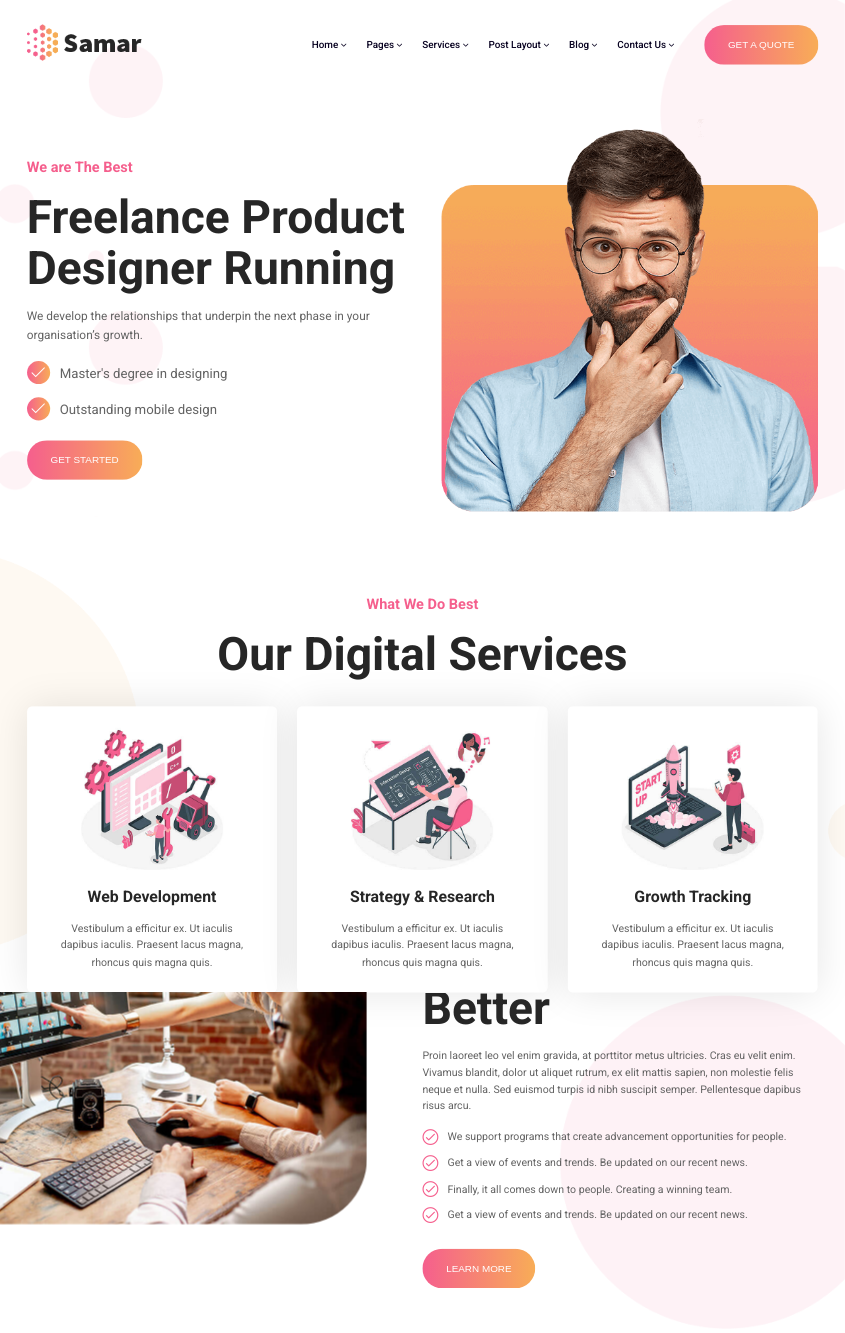
Repository: ducdatit2002/samar
Page: index.html
The author's editor kept a copy of each file at every save. The page is drawn from the files as they stood at one save, then again after a run of saves.
The browser window is 1280 px wide. The pictures show the whole page, at 66% of full size.

Above is the page before, as saved 2023-07-27 09:23:19.

### index.html
<!DOCTYPE html>
<html lang="en">
  <head>
    <meta charset="UTF-8" />
    <meta name="viewport" content="width=device-width, initial-scale=1.0" />
    <title>Samar - HTML Template</title>

    <!-- FONT AWESOME -->
    <link
      rel="stylesheet"
      href="https://cdnjs.cloudflare.com/ajax/libs/font-awesome/6.4.0/css/all.min.css"
      integrity="sha512-iecdLmaskl7CVkqkXNQ/ZH/XLlvWZOJyj7Yy7tcenmpD1ypASozpmT/E0iPtmFIB46ZmdtAc9eNBvH0H/ZpiBw=="
      crossorigin="anonymous"
      referrerpolicy="no-referrer"
    />
    <!-- LINE AWESOME -->
    <link
      rel="stylesheet"
      href="https://maxst.icons8.com/vue-static/landings/line-awesome/line-awesome/1.3.0/css/line-awesome.min.css"
    />
    <!-- GOOGLE FONT -->
    <link rel="preconnect" href="https://fonts.googleapis.com" />
    <link rel="preconnect" href="https://fonts.gstatic.com" crossorigin />
    <link
      href="https://fonts.googleapis.com/css2?family=Hind:wght@300;400;700&family=Roboto:wght@300;400;500;700&display=swap"
      rel="stylesheet"
    />
    <!-- FLATICON -->
    <link rel="stylesheet" href="./css/flaticon/flaticon.css" />
    <!-- ANIMATE -->
    <link
      rel="stylesheet"
      href="https://cdnjs.cloudflare.com/ajax/libs/animate.css/4.1.1/animate.min.css"
    />
    <!-- ANIMATE WOW-->
    <link rel="stylesheet" href="./css/animate.css" />
    <!-- MAIN CSS -->
    <link rel="stylesheet" href="./index.css" />
  </head>
  <body>
    <!-- HEADER -->
    <header>
      <div class="container">
        <div class="header__content">
          <a href="#">
            <img src="./img/logo-2.png" alt="logo-2" />
          </a>
          <nav>
            <ul>
              <li>
                <a href="#">
                  <span>Home</span>
                  <i class="fa fa-chevron-down"></i>
                </a>
              </li>
              <li>
                <a href="#">
                  <span>Pages</span>
                  <i class="fa fa-chevron-down"></i>
                </a>
              </li>
              <li>
                <a href="#">
                  <span>Services</span>
                  <i class="fa fa-chevron-down"></i>
                </a>
              </li>
              <li>
                <a href="#">
                  <span>Post Layout</span>
                  <i class="fa fa-chevron-down"></i>
                </a>
              </li>
              <li>
                <a href="#">
                  <span>Blog</span>
                  <i class="fa fa-chevron-down"></i>
                </a>
              </li>
              <li>
                <a href="#">
                  <span>Contact Us</span>
                  <i class="fa fa-chevron-down"></i>
                </a>
              </li>
            </ul>
            <div class="header__button">
              <button class="btn-gradient">Get A Quote</button>
            </div>
          </nav>
        </div>
      </div>
    </header>
    <!-- CAROUSEL -->
    <section class="saCarousel">
      <div class="container">
        <div class="saCarousel__content">
          <div class="saCarousel__left">
            <div class="title">
              <p class="animate__animated animate__fadeInUp">We are The Best</p>
              <h2 class="animate__animated animate__fadeInUp animate__delay-1s">
                Freelance Product Designer Running
              </h2>
            </div>
            <div class="saCarousel__article">
              <p class="animate__animated animate__fadeInUp animate__delay-2s">
                We develop the relationships that underpin the next phase in
                your
                <br />organisation’s growth.
              </p>
              <ul class="animate__animated animate__fadeInUp animate__delay-3s">
                <li>
                  <i class="las la-check"></i>
                  Master's degree in designing
                </li>
                <li>
                  <i class="las la-check"></i>
                  Outstanding mobile design
                </li>
              </ul>
              <button
                class="btn-gradient animate__animated animate__fadeInUp animate__delay-4s"
              >
                GET STARTED
              </button>
            </div>
          </div>
          <div class="saCarousel__right">
            <div
              class="saCarousel__banner animate__animated animate__fadeInUp animate__delay-3s"
            >
              <img src="./img/pic3_1.png" alt="pic3_1" />
            </div>
          </div>
        </div>
      </div>
    </section>
    <!-- SERVICES -->
    <div class="services section-inner">
      <div class="container">
        <div class="title">
          <p>What We Do Best</p>
          <h2>Our Digital Services</h2>
        </div>
        <div class="services__content">
          <div class="services__item">
            <img src="./img/pic1_3.jpg" alt="pic1_3" />
            <h3>Web Development</h3>
            <p>
              Vestibulum a efficitur ex. Ut iaculis dapibus iaculis. Praesent
              lacus magna, rhoncus quis magna quis.
            </p>
          </div>
          <div class="services__item">
            <img src="./img/pic2_2.jpg" alt="pic2_2" />
            <h3>Strategy & Research</h3>
            <p>
              Vestibulum a efficitur ex. Ut iaculis dapibus iaculis. Praesent
              lacus magna, rhoncus quis magna quis.
            </p>
          </div>
          <div class="services__item">
            <img src="./img/pic3_2.jpg" alt="pic3_2" />
            <h3>Growth Tracking</h3>
            <p>
              Vestibulum a efficitur ex. Ut iaculis dapibus iaculis. Praesent
              lacus magna, rhoncus quis magna quis.
            </p>
          </div>
        </div>
      </div>
    </div>
    <!-- ABOUT US -->
    <section class="aboutUs section-inner">
      <div class="container">
        <div class="aboutUs__content">
          <div
            class="aboutUs__left wow animate__ animate__fadeInLeft animated"
            data-wow-duration="2s"
            data-wow-delay="0.2s"
            style="
              visibility: visible;
              animation-duration: 2s;
              animation-delay: 0.2s;
              animation-name: fadeInLeft;
            "
          >
            <img src="./img/pic1.jpg" alt="pic1" />
          </div>
          <div
            class="aboutUs__right wow animate__ animate__fadeInRight animated"
            data-wow-duration="2s"
            data-wow-delay="0.2s"
            style="
              visibility: visible;
              animation-duration: 2s;
              animation-delay: 0.2s;
              animation-name: fadeInRight;
            "
          >
            <div class="title">
              <p>About Us</p>
              <h2>Build Your Business Website Better</h2>
            </div>
            <p>
              Proin laoreet leo vel enim gravida, at porttitor metus ultricies.
              Cras eu velit enim. Vivamus blandit, dolor ut aliquet rutrum, ex
              elit mattis sapien, non molestie felis neque et nulla. Sed euismod
              turpis id nibh suscipit semper. Pellentesque dapibus risus arcu.
            </p>
            <ul>
              <li>
                <i class="flaticon-check"></i>
                We support programs that create advancement opportunities for
                people.
              </li>
              <li>
                <i class="flaticon-check"></i>
                Get a view of events and trends. Be updated on our recent news.
              </li>
              <li>
                <i class="flaticon-check"></i>
                Finally, it all comes down to people. Creating a winning team.
              </li>
              <li>
                <i class="flaticon-check"></i>
                Get a view of events and trends. Be updated on our recent news.
              </li>
            </ul>
            <button class="btn-gradient">Learn More</button>
          </div>
        </div>
      </div>
    </section>
    <!-- ANIMATE WOW -->
    <script src="./js/wow.min.js"></script>
    <script>
      new WOW().init();
    </script>
    <!-- JQUERY -->
    <script
      src="https://cdnjs.cloudflare.com/ajax/libs/jquery/3.7.0/jquery.js"
      integrity="sha512-8Z5++K1rB3U+USaLKG6oO8uWWBhdYsM3hmdirnOEWp8h2B1aOikj5zBzlXs8QOrvY9OxEnD2QDkbSKKpfqcIWw=="
      crossorigin="anonymous"
      referrerpolicy="no-referrer"
    ></script>
  </body>
</html>

### index.css
/* GLOBAL */
* {
  margin: 0;
  padding: 0;
  box-sizing: border-box;
}
html,
body {
  font-family: "Hind", sans-serif;
  font-family: "Roboto", sans-serif;
  color: #636363;
  font-weight: 400;
  line-height: 1.6;
}
a {
  text-decoration: none;
}
.container {
  max-width: 1199px;
  margin: auto;
}
li {
  list-style: none;
}
.section-inner {
    padding-top: 115px;
}
/* TITLE */
.title p {
    font-weight: 600;
    font-size: 22px;
    margin-bottom: 20px;
    color: #f55f8d;
}
.title h2 {
    font-size: 70px;
    line-height: 1.1;
    font-weight: 800;
    color: #262626;
    margin-bottom: 20px;
}
/* HEADER */
header {
  position: absolute;
  top: 0;
  left: 0;
  width: 100%;
}
.header__content {
  display: flex;
  justify-content: space-between;
  align-items: center;
}
.header__content nav {
  display: flex;
  align-items: center;
}
.header__content nav ul {
  display: flex;
  margin-right: 30px;
}
.header__content li {
  padding: 55px 15px;
  list-style: none;
}
.header__content li a {
  color: #070120;
  text-transform: capitalize;
  font-size: 15px;
  font-weight: 500;
  transition: all 0.5s;
}
.header__content span {
  display: inline-block;
  transition: all 0.1s;
}
.header__content a:hover {
  color: #f55f8d;
}
.header__content a:hover span {
  animation: upToDown 0.3s;
}
.header__content i {
  font-size: 9px;
  margin-top: -3px;
  vertical-align: middle;
}
.btn-gradient {
  padding: 20px 35px;
  font-size: 15px;
  font-weight: 500;
  background-image: linear-gradient(
    to right,
    #f55f8d 0,
    #f8ae56 51%,
    #f55f8d 100%
  );
  background-size: 200%;
  border: 1px solid transparent;
  transition: all 0.5s;
  border-radius: 30px;
  color: #fff;
  cursor: pointer;
  outline: none;
  text-transform: uppercase;
  line-height: 1.2;
}
.btn-gradient:hover {
  background-position: right center;
  color: #fff;
  text-decoration: none;
}
/* CAROUSEL */
.saCarousel {
    padding-top: 180px;
    overflow: hidden;
    background-image: url(./img/pic2.png);
    background-position: top;
    background-size: 100%;
}
.saCarousel__content {
    display: flex;
    align-items: center;
}
.saCarousel__left {
    width: 60%;
}
.saCarousel__article p {
    font-size: 18px;
    margin-bottom: 15px;
}
.saCarousel__article ul {
    margin-bottom: 20px;
}
.saCarousel__article li {
    padding: 10px 5px 10px 0;
    font-size: 20px;
}
.saCarousel__article i {
    width: 35px;
    height: 35px;
    line-height: 35px;
    text-align: center;
    font-size: 24px;
    color: #fff;
    border-radius: 35px;
    font-weight: 900;
    background-image: linear-gradient(to right, #f55f8d 0, #f8ae56 51%, #f55f8d 100%);
    background-size: 200%;
    margin-right: 10px;
}
/* SERVICES */
.services {
    background-image: url(./img/bg2.png);
    background-size: cover;
    background-position: top center;
    text-align: center;
}
.services__content {
    display: grid;
    grid-template-columns: repeat(3, 1fr);
    gap: 30px;
    margin-top: 40px;
}
.services__item {
    border-radius: 0.5rem;
    background: #fff;
    box-shadow: 0 0 60px 0 rgba(0, 0, 0, 0.1);
    padding: 30px 45px;
    transform: translateY(0);
    transition: all 0.5s;
    border-image: 100 round;
    border: 3px solid transparent;
}
.services__item img {
    width: 215px;
}
.services__item h3 {
    font-weight: 700;
    font-size: 1.5rem;
    color: #262626;
    margin: 15px 0;
}
.services__item:hover {
    transform: translateY(-20px);
    border-image: url(../img/br.png) 1 round;
}
/* ABOUT US */
.aboutUs {
    background-image: url(../img/bg15.png);
    background-size: 100%;
    background-position: center right;
    background-repeat: no-repeat;
    padding-bottom: 400px;
    overflow: hidden;
}
.aboutUs__content {
    display: flex;
    justify-content: flex-end;
    align-items: center;
    position: relative;
}
.aboutUs__left {
    width: 60%;
    position: absolute;
    left: -17%;
}
.aboutUs__left img {
    width: 100%;
    border-radius: 0 100px 100px 0;
}
.aboutUs__right {
  position: absolute;
    width: 50%;
}
.aboutUs__right p {
    margin-bottom: 15px;
}
.aboutUs__right ul {
    margin-bottom: 30px;
}
.aboutUs__right i {
    font-size: 24px;
    color: #f55f8d;
    margin-right: 10px;
    vertical-align: middle;
}


/*Animation */
@keyframes upToDown {
  49% {
    transform: translateY(100%);
  }
  50% {
    opacity: 0;
    transform: translateY(-100%);
  }
  51% {
    opacity: 1;
  }
}

Loaded but not shown: css/flaticon/flaticon.css (common file); css/animate.css (library); js/wow.min.js (library)

After the next 2 saves:
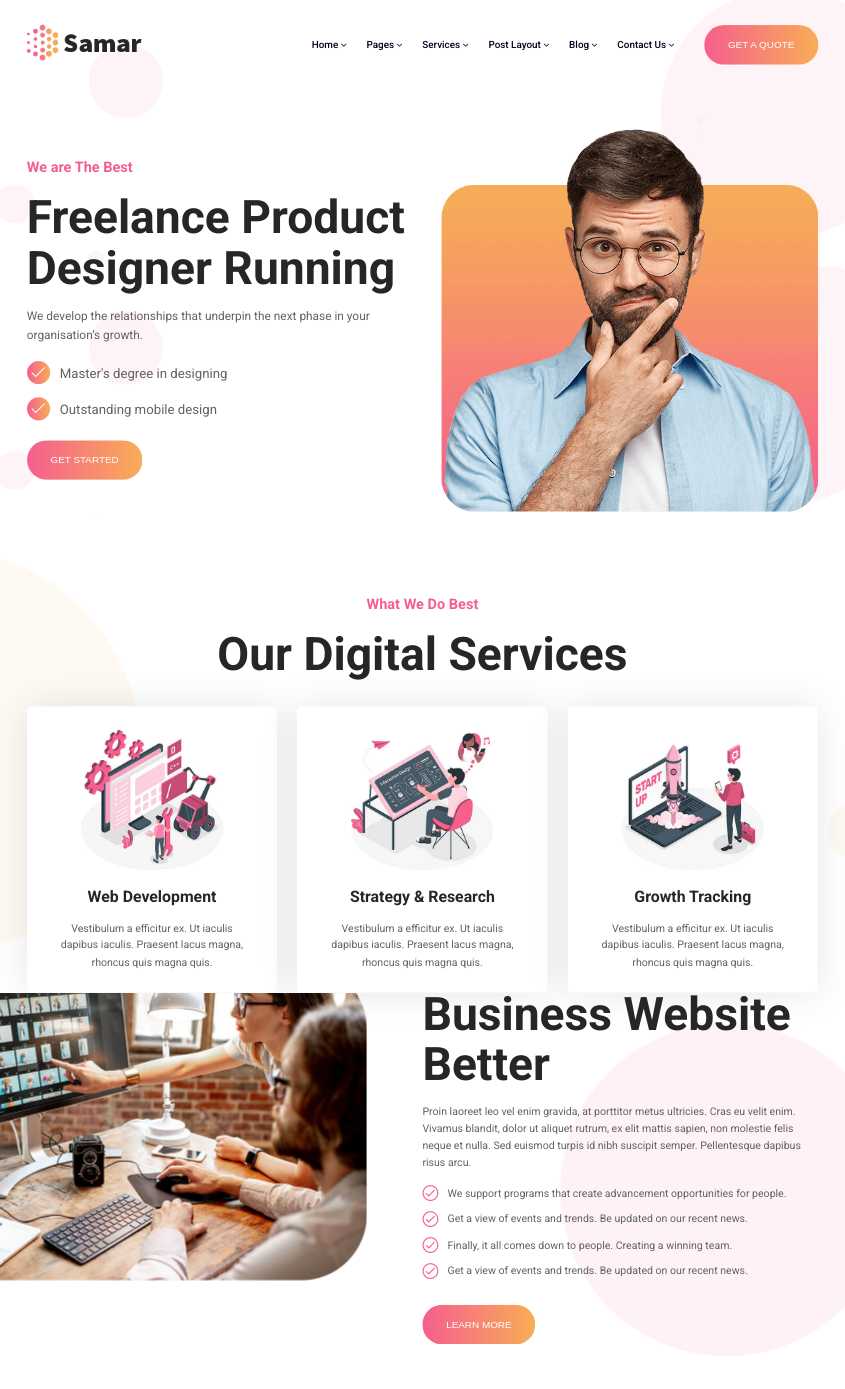
The 2 saves are shown as one change because they came seconds apart.
The last was saved 17 s later.
--- a/index.css
+++ b/index.css
@@ -191,6 +191,7 @@ header {
     background-size: 100%;
     background-position: center right;
     background-repeat: no-repeat;
+    padding-top: 200px;
     padding-bottom: 400px;
     overflow: hidden;
 }
